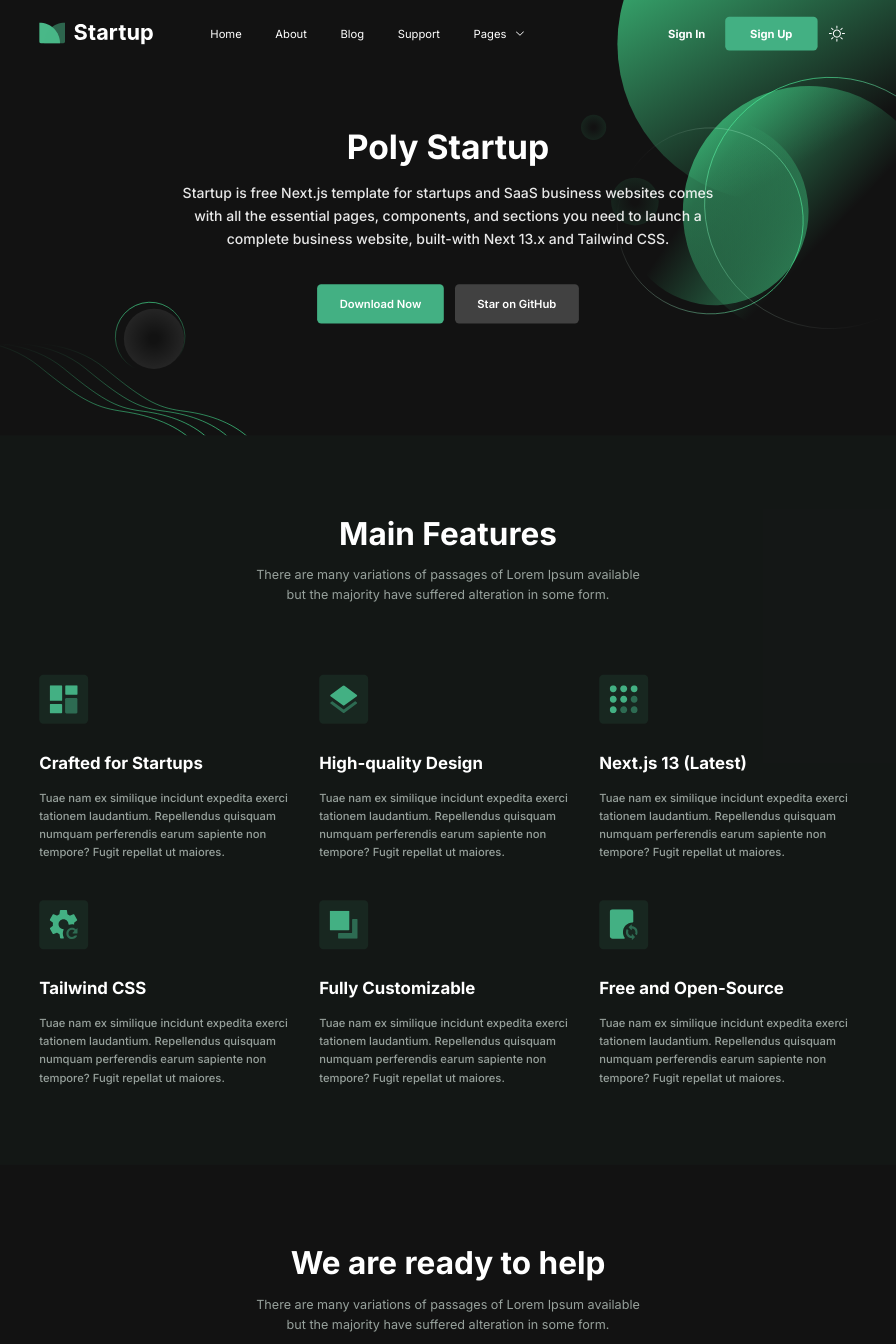
Repository: mosesvk/_startupPoly
Page: /
The author's editor kept a copy of each file at every save. The page is drawn from the files as they stood at one save, then again after the next save.
The browser window is 1280 px wide. The pictures show the part of the page from y = 0 to 1920 px (the page is 8239 px tall before and 8122 px after), at 70% of full size.
The project was rebuilt for these pictures with package versions that can differ from the ones it lists, and the page was loaded fresh each time. The framework's server and built-in components were replaced by stand-ins that run in the browser. Also part of the build but not shown: next.config.js.

Above is the page before, as saved 2023-08-23 13:47:25.

After the next save:
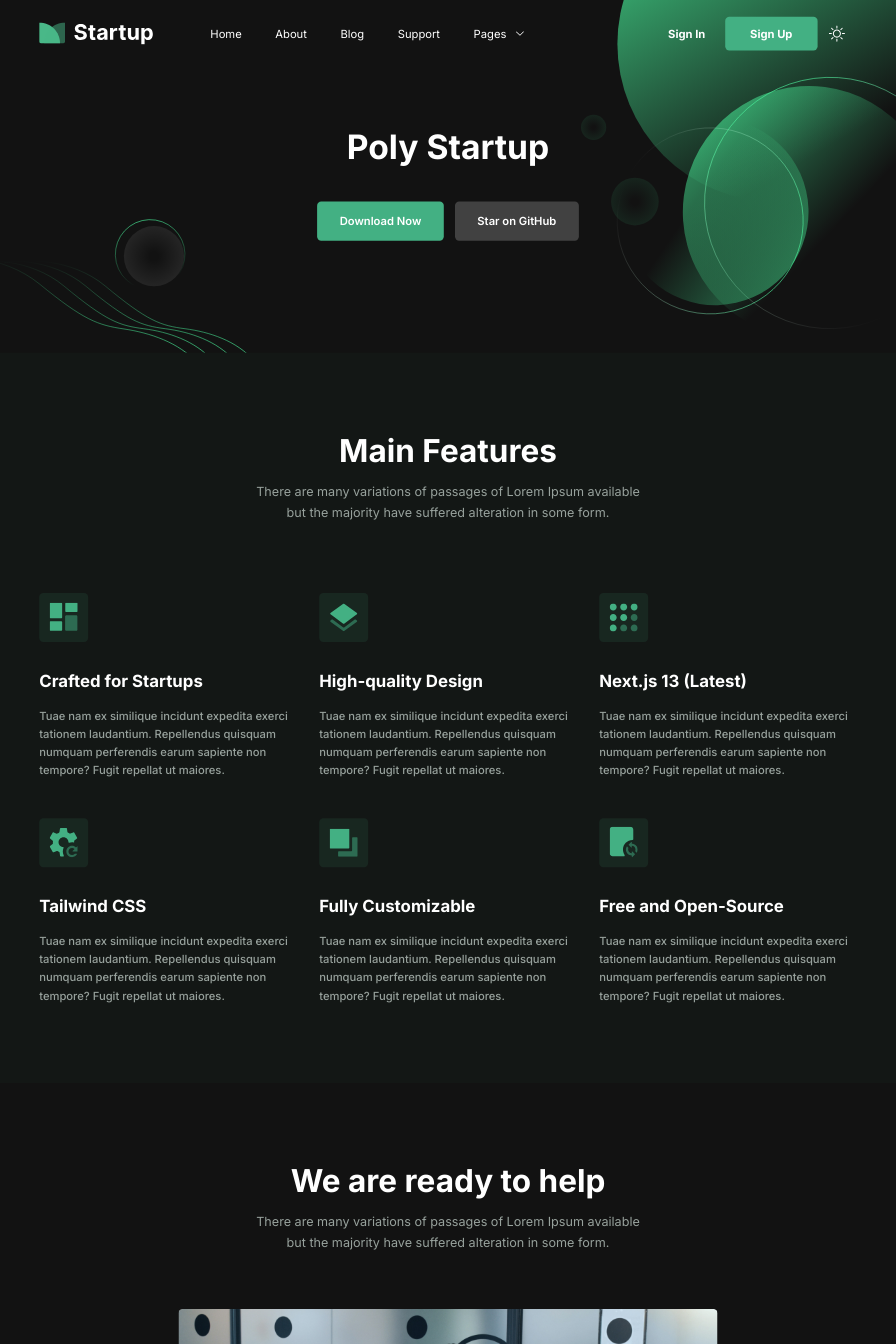
Saved 9 s later.
--- a/components/Hero/index.tsx
+++ b/components/Hero/index.tsx
@@ -18,7 +18,7 @@
                   Poly Startup
                 </h1>
                 <p className="mb-12 text-base font-medium !leading-relaxed text-body-color dark:text-white dark:opacity-90 sm:text-lg md:text-xl">
-                Startup is free Next.js template for startups and SaaS business websites comes with all the essential pages, components, and sections you need to launch a complete business website, built-with Next 13.x and Tailwind CSS.
+
                 </p>
                 <div className="flex flex-col items-center justify-center space-y-4 sm:flex-row sm:space-x-4 sm:space-y-0">
                   <Link
